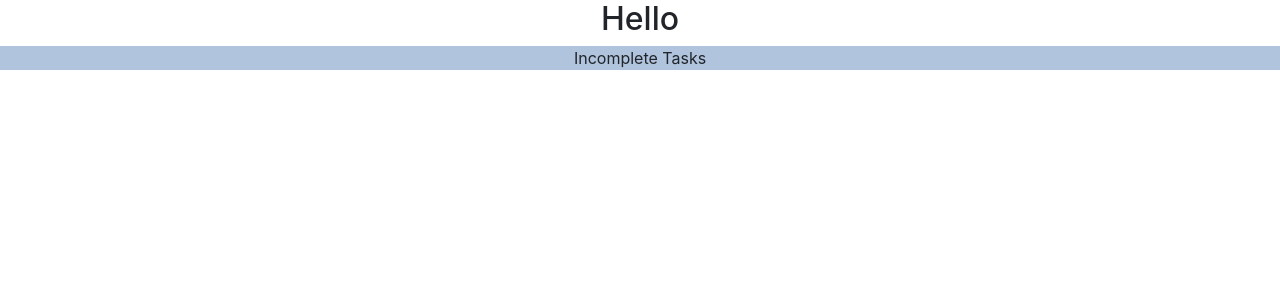
Repository: Sharif-00112/dashboard-task-frontend
Page: /
The author's editor kept a copy of each file at every save. The page is drawn from the files as they stood at one save, then again after the next save.
The browser window is 1280 px wide. The pictures show the whole page.
The project was rebuilt for these pictures with package versions that can differ from the ones it lists, and the page was loaded fresh each time.

Above is the page before, as saved 2023-01-27 23:14:47.

### src/index.js
import React from 'react';
import 'bootstrap/dist/css/bootstrap.css';
import ReactDOM from 'react-dom/client';
import './index.css';
import App from './App';
import reportWebVitals from './reportWebVitals';

const root = ReactDOM.createRoot(document.getElementById('root'));
root.render(
  <React.StrictMode>
    <App />
  </React.StrictMode>
);

// If you want to start measuring performance in your app, pass a function
// to log results (for example: reportWebVitals(console.log))
// or send to an analytics endpoint. Learn more: https://bit.ly/CRA-vitals
reportWebVitals();

### src/App.js
import './App.css';
import Incomplete from './Components/Incomplete';

function App() {
  return (
    <div className="App">

      <h2>Hello</h2>
      <Incomplete></Incomplete>
    </div>
  );
}

export default App;

### src/Components/Incomplete.js
import React, { useState } from 'react';
import { useEffect } from 'react';
import './styles.css';

const Incomplete = () => {
    const [tasks, setTasks] = useState([]);
    useEffect( ()=> {
        fetch('./tasks.JSON')
        .then(res => res.json())
        .then(data => setTasks(data))
    } ,[])
    return (
        <div className='background'>
            Incomplete Tasks
            {
                console.log(tasks)
            }
        </div>
    );
};

export default Incomplete;

### src/Components/styles.css
.background{
    background-color: lightsteelblue;
}

### public/tasks.JSON
[
    {
      "clientName": "Client Name",
      "clientImg": "clientIMG.jpg",
      "supervisorName": "Sadik Istiak",
      "supervisorImg": "supervisorIMG.jpg",
      "taskSummary": "Lorem ipsum dolor sit amet consectetur adipisicing elit. Pariatur velit nemo accusamus. Dolorum, doloribus quisquam unde repellat iusto voluptatum quasi?",
      "progress": "1/2",
      "staff1Img": "staff1.jpg",
      "staff2Img": "staff2.jpg",
      "modules": 12,
      "message": 15,
      "attachment": 25,
      "date": "30-12-2022"
    },
    {
      "clientName": "Client Name",
      "clientImg": "clientIMG.jpg",
      "supervisorName": "Sadik Istiak",
      "supervisorImg": "supervisorIMG.jpg",
      "taskSummary": "Lorem ipsum dolor sit amet consectetur adipisicing elit. Pariatur velit nemo accusamus. Dolorum, doloribus quisquam unde repellat iusto voluptatum quasi?",
      "progress": "1/2",
      "staff1Img": "staff1.jpg",
      "staff2Img": "staff2.jpg",
      "modules": 12,
      "message": 15,
      "attachment": 25,
      "date": "30-12-2022"
    },
    {
      "clientName": "Client Name",
      "clientImg": "clientIMG.jpg",
      "supervisorName": "Sadik Istiak",
      "supervisorImg": "supervisorIMG.jpg",
      "taskSummary": "Lorem ipsum dolor sit amet consectetur adipisicing elit. Pariatur velit nemo accusamus. Dolorum, doloribus quisquam unde repellat iusto voluptatum quasi?",
      "progress": "1/2",
      "staff1Img": "staff1.jpg",
      "staff2Img": "staff2.jpg",
      "modules": 12,
      "message": 15,
      "attachment": 25,
      "date": "30-12-2022"
    },
    {
      "clientName": "Client Name",
      "clientImg": "clientIMG.jpg",
      "supervisorName": "Sadik Istiak",
      "supervisorImg": "supervisorIMG.jpg",
      "taskSummary": "Lorem ipsum dolor sit amet consectetur adipisicing elit. Pariatur velit nemo accusamus. Dolorum, doloribus quisquam unde repellat iusto voluptatum quasi?",
      "progress": "1/2",
      "staff1Img": "staff1.jpg",
      "staff2Img": "staff2.jpg",
      "modules": 12,
      "message": 15,
      "attachment": 25,
      "date": "30-12-2022"
    },
    {
      "clientName": "Client Name",
      "clientImg": "clientIMG.jpg",
      "supervisorName": "Sadik Istiak",
      "supervisorImg": "supervisorIMG.jpg",
      "taskSummary": "Lorem ipsum dolor sit amet consectetur adipisicing elit. Pariatur velit nemo accusamus. Dolorum, doloribus quisquam unde repellat iusto voluptatum quasi?",
      "progress": "1/2",
      "staff1Img": "staff1.jpg",
      "staff2Img": "staff2.jpg",
      "modules": 12,
      "message": 15,
      "attachment": 25,
      "date": "30-12-2022"
    },
    {
      "clientName": "Client Name",
      "clientImg": "clientIMG.jpg",
      "supervisorName": "Sadik Istiak",
      "supervisorImg": "supervisorIMG.jpg",
      "taskSummary": "Lorem ipsum dolor sit amet consectetur adipisicing elit. Pariatur velit nemo accusamus. Dolorum, doloribus quisquam unde repellat iusto voluptatum quasi?",
      "progress": "1/2",
      "staff1Img": "staff1.jpg",
      "staff2Img": "staff2.jpg",
      "modules": 12,
      "message": 15,
      "attachment": 25,
      "date": "30-12-2022"
    },
    {
      "clientName": "Client Name",
      "clientImg": "clientIMG.jpg",
      "supervisorName": "Sadik Istiak",
      "supervisorImg": "supervisorIMG.jpg",
      "taskSummary": "Lorem ipsum dolor sit amet consectetur adipisicing elit. Pariatur velit nemo accusamus. Dolorum, doloribus quisquam unde repellat iusto voluptatum quasi?",
      "progress": "1/2",
      "staff1Img": "staff1.jpg",
      "staff2Img": "staff2.jpg",
      "modules": 12,
      "message": 15,
      "attachment": 25,
      "date": "30-12-2022"
    },
    {
      "clientName": "Client Name",
      "clientImg": "clientIMG.jpg",
      "supervisorName": "Sadik Istiak",
      "supervisorImg": "supervisorIMG.jpg",
      "taskSummary": "Lorem ipsum dolor sit amet consectetur adipisicing elit. Pariatur velit nemo accusamus. Dolorum, doloribus quisquam unde repellat iusto voluptatum quasi?",
      "progress": "1/2",
      "staff1Img": "staff1.jpg",
      "staff2Img": "staff2.jpg",
      "modules": 12,
      "message": 15,
      "attachment": 25,
      "date": "30-12-2022"
    },
    {
      "clientName": "Client Name",
      "clientImg": "clientIMG.jpg",
      "supervisorName": "Sadik Istiak",
      "supervisorImg": "supervisorIMG.jpg",
      "taskSummary": "Lorem ipsum dolor sit amet consectetur adipisicing elit. Pariatur velit nemo accusamus. Dolorum, doloribus quisquam unde repellat iusto voluptatum quasi?",
      "progress": "1/2",
      "staff1Img": "staff1.jpg",
      "staff2Img": "staff2.jpg",
      "modules": 12,
      "message": 15,
      "attachment": 25,
      "date": "30-12-2022"
    },
    {
      "clientName": "Client Name",
      "clientImg": "clientIMG.jpg",
      "supervisorName": "Sadik Istiak",
      "supervisorImg": "supervisorIMG.jpg",
      "taskSummary": "Lorem ipsum dolor sit amet consectetur adipisicing elit. Pariatur velit nemo accusamus. Dolorum, doloribus quisquam unde repellat iusto voluptatum quasi?",
      "progress": "1/2",
      "staff1Img": "staff1.jpg",
      "staff2Img": "staff2.jpg",
      "modules": 12,
      "message": 15,
      "attachment": 25,
      "date": "30-12-2022"
    }
]

Loaded but not shown: public/index.html (common file); src/index.css (common file); src/reportWebVitals.js (common file); src/App.css (common file)

After the next save:
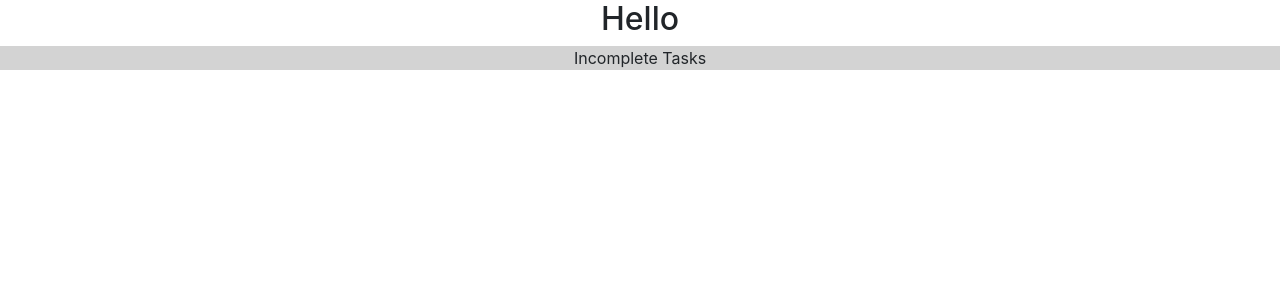
Saved 5 s later.
--- a/src/Components/styles.css
+++ b/src/Components/styles.css
@@ -1,3 +1,3 @@
 .background{
-    background-color: lightsteelblue;
+    background-color: lightgray;
 }
